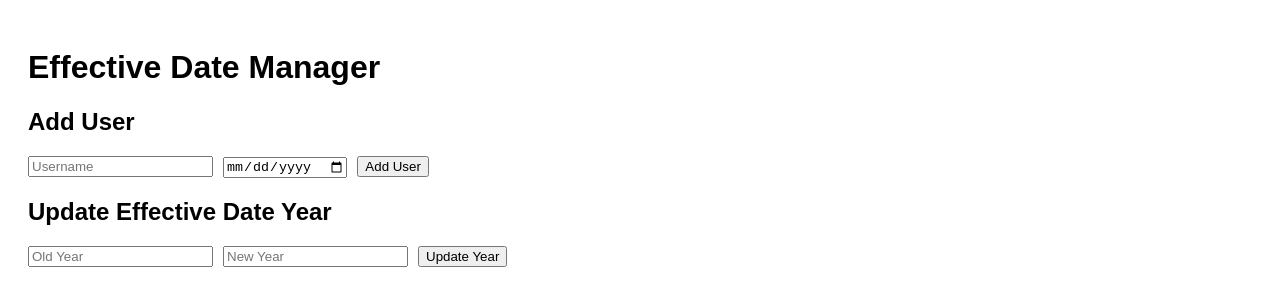
Repository: pripriya09/update-matchYear-Database
Page: / (app in frontend/)
The author's editor kept a copy of each file at every save. The page is drawn from the files as they stood at one save, then again after the next save.
The browser window is 1280 px wide. The pictures show the whole page.
The project was rebuilt for these pictures with package versions that can differ from the ones it lists, and the page was loaded fresh each time. Also part of the build but not shown: frontend/vite.config.js.

Above is the page before, as saved 2024-12-19 14:12:52.

After the next save:
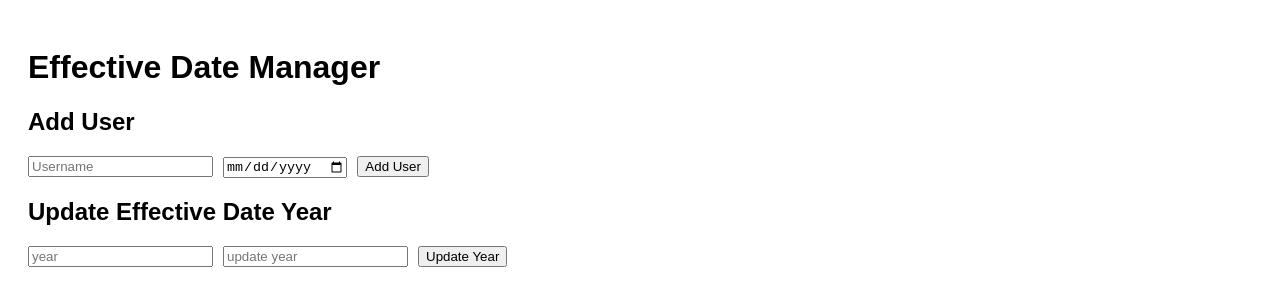
Saved 4 min 14 s later.
--- a/frontend/src/App.jsx
+++ b/frontend/src/App.jsx
@@ -7,6 +7,8 @@
   const [newYear, setNewYear] = useState("");
   const [message, setMessage] = useState("");
 
+  const baseURL = "http://localhost:8000";
+
   // Add User
   const handleAddUser = async () => {
     if (!username || !effectiveDate) {
@@ -15,7 +17,7 @@
     }
 
     try {
-      const response = await fetch("http://localhost:8000/users", {
+      const response = await fetch(`${baseURL}/users`, {
         method: "POST",
         headers: { "Content-Type": "application/json" },
         body: JSON.stringify({ username, effective_date: effectiveDate }),
@@ -43,7 +45,7 @@
     }
 
     try {
-      const response = await fetch("http://localhost:8000/update-year", {
+      const response = await fetch(`${baseURL}/update-year`, {
         method: "POST",
         headers: { "Content-Type": "application/json" },
         body: JSON.stringify({ oldYear, newYear }),
@@ -91,14 +93,14 @@
         <h2>Update Effective Date Year</h2>
         <input
           type="text"
-          placeholder="Old Year"
+          placeholder="year"
           value={oldYear}
           onChange={(e) => setOldYear(e.target.value)}
           style={{ marginRight: "10px" }}
         />
         <input
           type="text"
-          placeholder="New Year"
+          placeholder="update year"
           value={newYear}
           onChange={(e) => setNewYear(e.target.value)}
           style={{ marginRight: "10px" }}

After the save that followed:
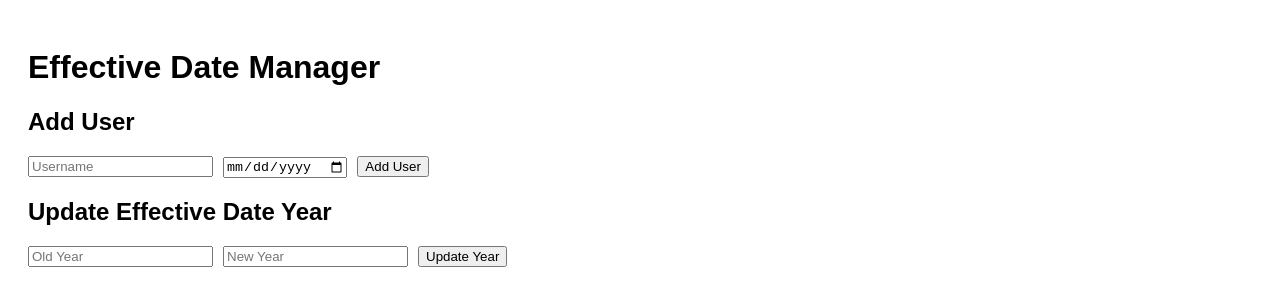
Saved 9 s later.
--- a/frontend/src/App.jsx
+++ b/frontend/src/App.jsx
@@ -7,8 +7,6 @@
   const [newYear, setNewYear] = useState("");
   const [message, setMessage] = useState("");
 
-  const baseURL = "http://localhost:8000";
-
   // Add User
   const handleAddUser = async () => {
     if (!username || !effectiveDate) {
@@ -17,7 +15,7 @@
     }
 
     try {
-      const response = await fetch(`${baseURL}/users`, {
+      const response = await fetch("http://localhost:8000/users", {
         method: "POST",
         headers: { "Content-Type": "application/json" },
         body: JSON.stringify({ username, effective_date: effectiveDate }),
@@ -45,7 +43,7 @@
     }
 
     try {
-      const response = await fetch(`${baseURL}/update-year`, {
+      const response = await fetch("http://localhost:8000/update-year", {
         method: "POST",
         headers: { "Content-Type": "application/json" },
         body: JSON.stringify({ oldYear, newYear }),
@@ -93,14 +91,14 @@
         <h2>Update Effective Date Year</h2>
         <input
           type="text"
-          placeholder="year"
+          placeholder="Old Year"
           value={oldYear}
           onChange={(e) => setOldYear(e.target.value)}
           style={{ marginRight: "10px" }}
         />
         <input
           type="text"
-          placeholder="update year"
+          placeholder="New Year"
           value={newYear}
           onChange={(e) => setNewYear(e.target.value)}
           style={{ marginRight: "10px" }}
